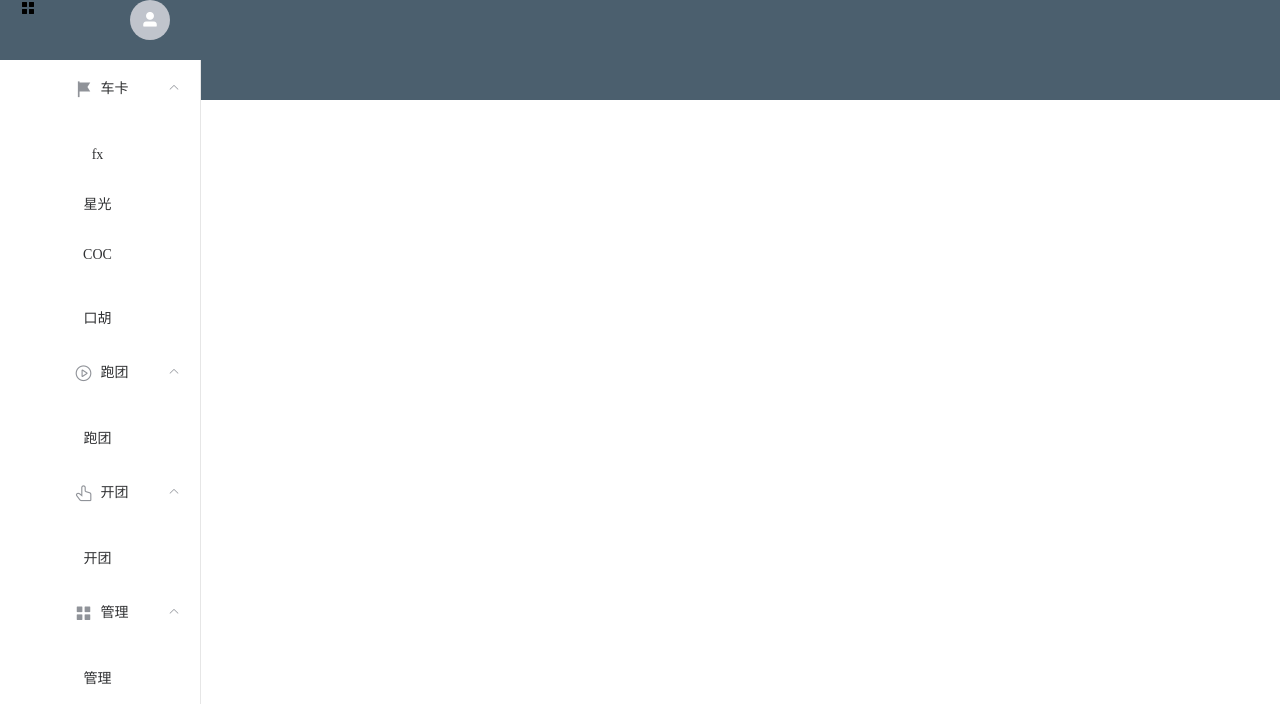
Repository: redlout/ptgkd
Page: /
These files come from the project's save history. The page is drawn as it stood at one moment and after the next save; the edit follows.
The browser window is 1280 px wide. The pictures show the whole page.
The project was rebuilt for these pictures with package versions that can differ from the ones it lists, and the page was loaded fresh each time. Also part of the build but not shown: src/mock/mock.js, src/views/Login.vue, src/components/SvgIcon/index.vue.

Above is the page before, as saved 2019-09-02 22:00:26.

After the next save:
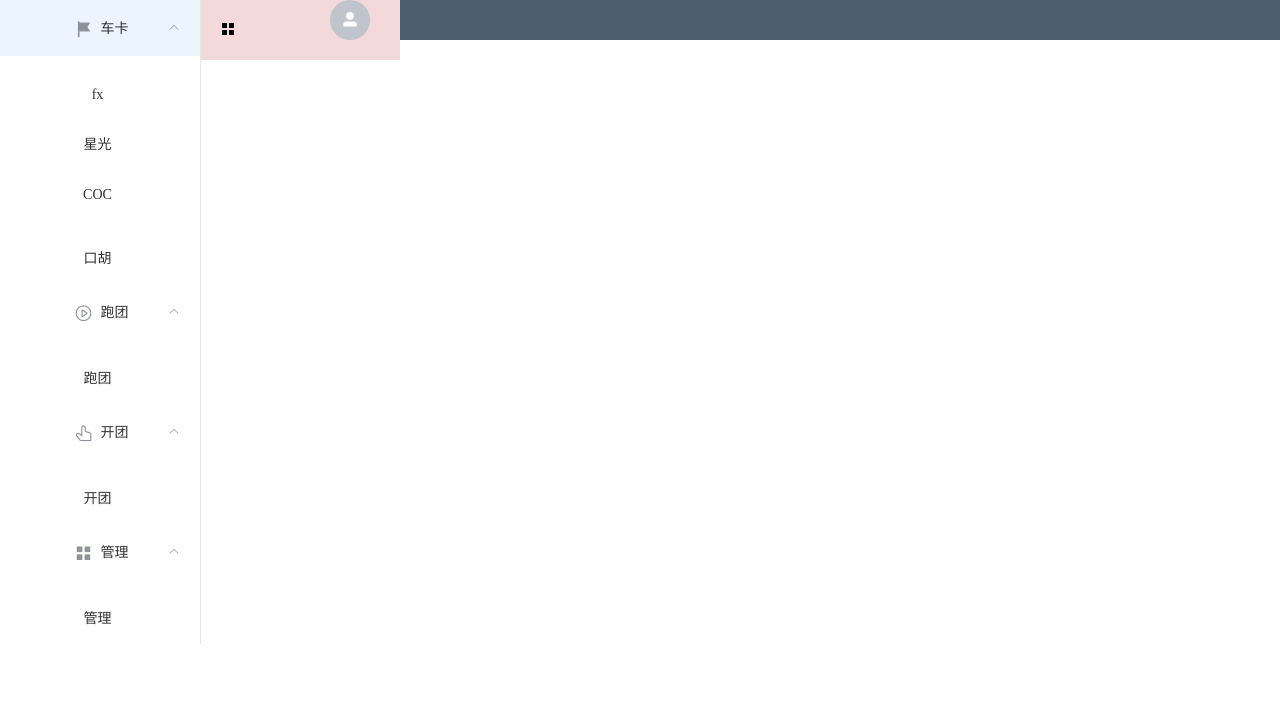
Saved 21 s later.
--- a/src/components/HeadBar/index.vue
+++ b/src/components/HeadBar/index.vue
@@ -36,12 +36,12 @@ export default {
 
 <style scoped lang="scss">
 .el-header {
-  // background-color: rgb(243, 217, 217);
-  // position: absolute;
-  // left: 200px;
-  // right: 0px;
-  // height: 60px;
-  // line-height: 60px;
+  background-color: rgb(243, 217, 217);
+  position: absolute;
+  left: 200px;
+  right: 0px;
+  height: 60px;
+  line-height: 60px;
 
   .collapse-switcher {
     width: 40px;
